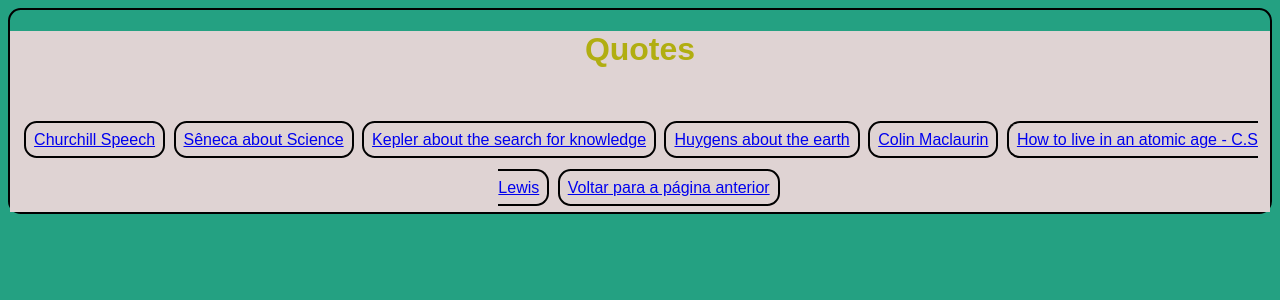
Repository: batmit/FutureFundation.github.io-1
Page: menu/articles/speechs/citações.html
These files come from the project's save history. The page is drawn as it stood at one moment and after the next save; the edit follows.
The browser window is 1280 px wide. The pictures show the whole page.

Above is the page before, as saved 2021-11-07 17:25:21.

After the next save:
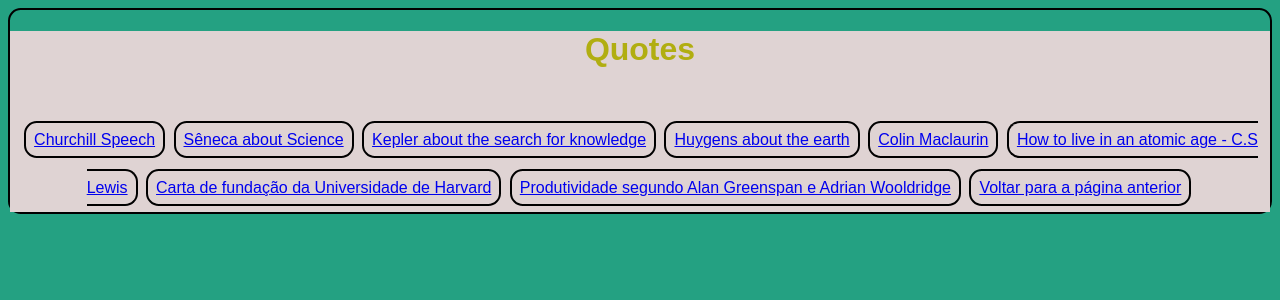
Saved 73 s later.
--- a/menu/articles/speechs/citações.html
+++ b/menu/articles/speechs/citações.html
@@ -29,6 +29,10 @@
 
         <a href="../../../cslewis.html">How to live in an atomic age - C.S Lewis</a>
 
+        <a href="./harvard_God.html">Carta de fundação da Universidade de Harvard</a>
+
+        <a href="./produtividade.html">Produtividade segundo Alan Greenspan e Adrian Wooldridge</a>
+
         <a href="../articles.html">Voltar para a página anterior</a>
 
 
